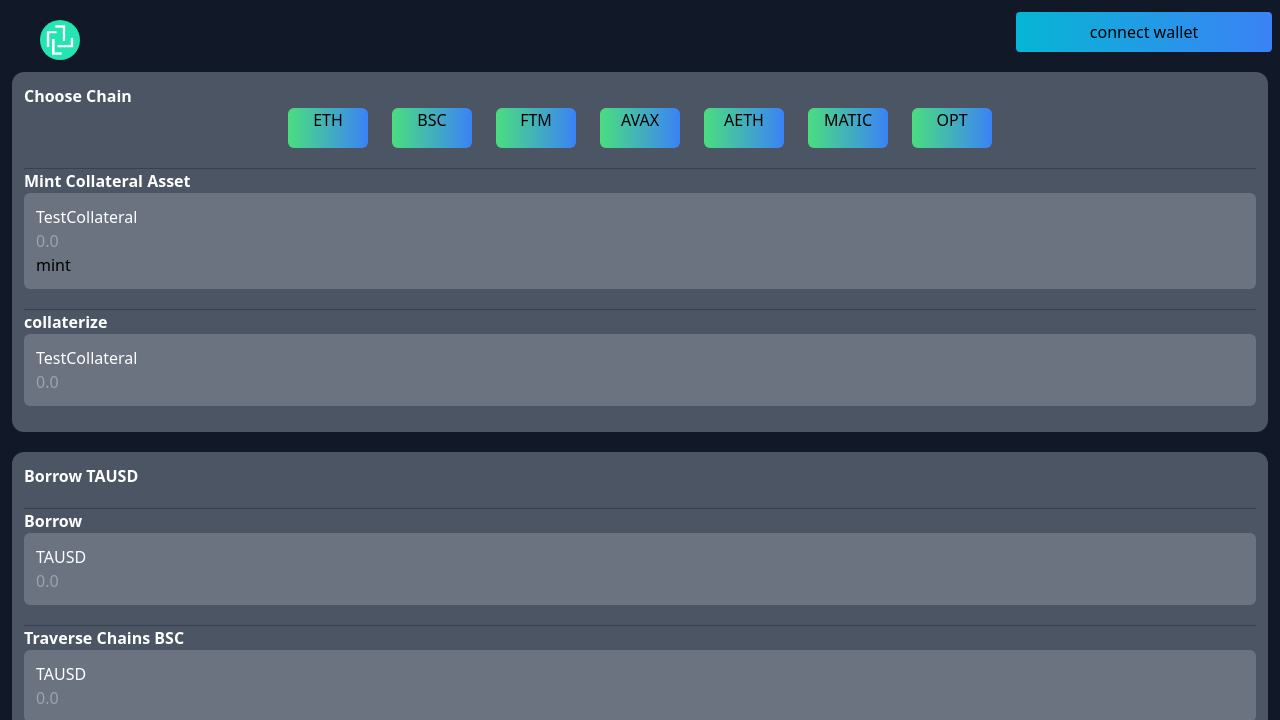
Repository: AstriaFinance/AstriaMvp
Page: /
These files come from the project's save history. The page is drawn as it stood at one moment and after the next save; the edit follows.
The browser window is 1280 px wide. The pictures show the whole page.
An inner scrolling area shows only its first screen. The project was rebuilt for these pictures with package versions that can differ from the ones it lists, and the page was loaded fresh each time. Also part of the build but not shown: src/components/Nav.jsx, src/components/ErrorPage.jsx.

Above is the page before, as saved 2022-07-04 11:03:53.

After the next save:
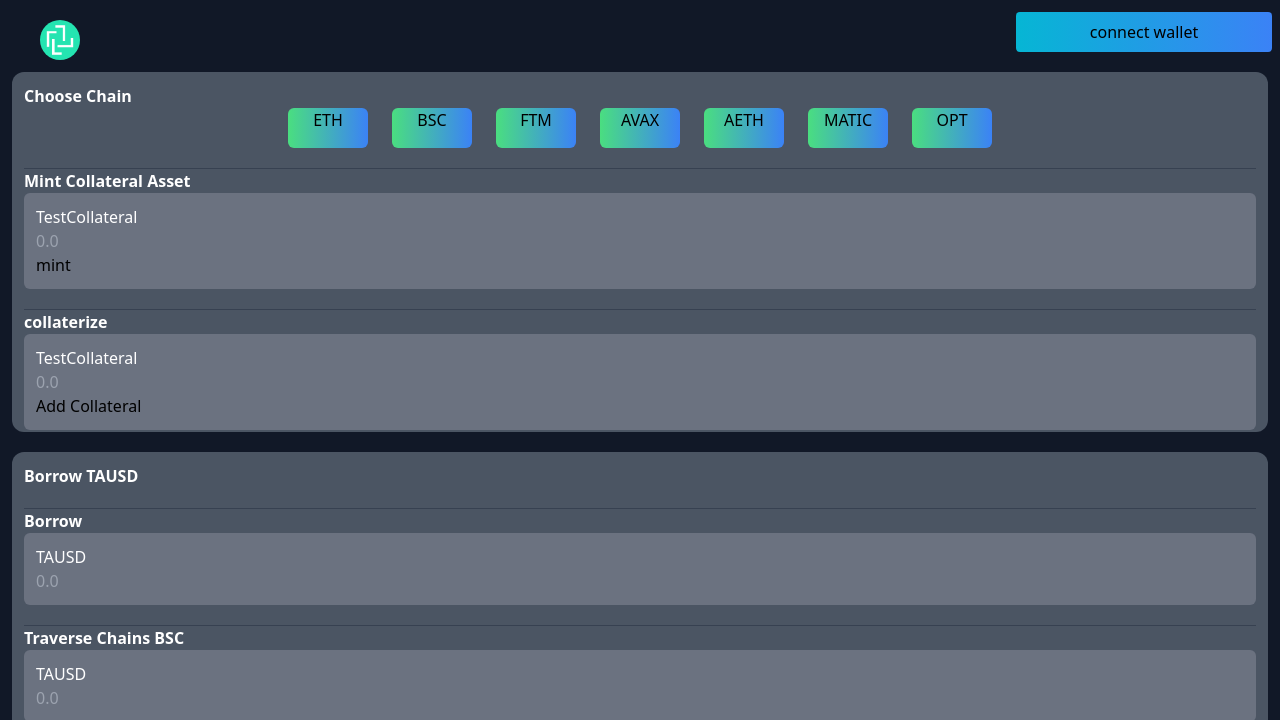
Saved 4 min 12 s later.
--- a/src/components/Home.jsx
+++ b/src/components/Home.jsx
@@ -84,8 +84,8 @@ const Home = () => {
   const depositHandler = async (e) => {
     e.preventDefault();
     let depositAmount = e.target.depositAmount.value;
-
-    let depositTxn = await contract.deposit(depositAmount);
+    let ParseddepositAmount = ethers.utils.parseEther(depositAmount);
+    let depositTxn = await contract.deposit(ParseddepositAmount);
     setDepositHash(depositTxn);
   };
 
@@ -220,13 +220,15 @@ const Home = () => {
             collaterize
           </div>
           <div className="bg-gray-500 p-3 rounded-md">
-            <form action="">
+            <form onSubmit={depositHandler}>
               <div className="text-white font-thin">TestCollateral </div>
               <input
+                id="depositAmount"
                 type="number"
                 placeholder="0.0"
                 className="w-full bg-gray-500 "
               />
+              <button>Add Collateral</button>
             </form>
           </div>
         </div>
